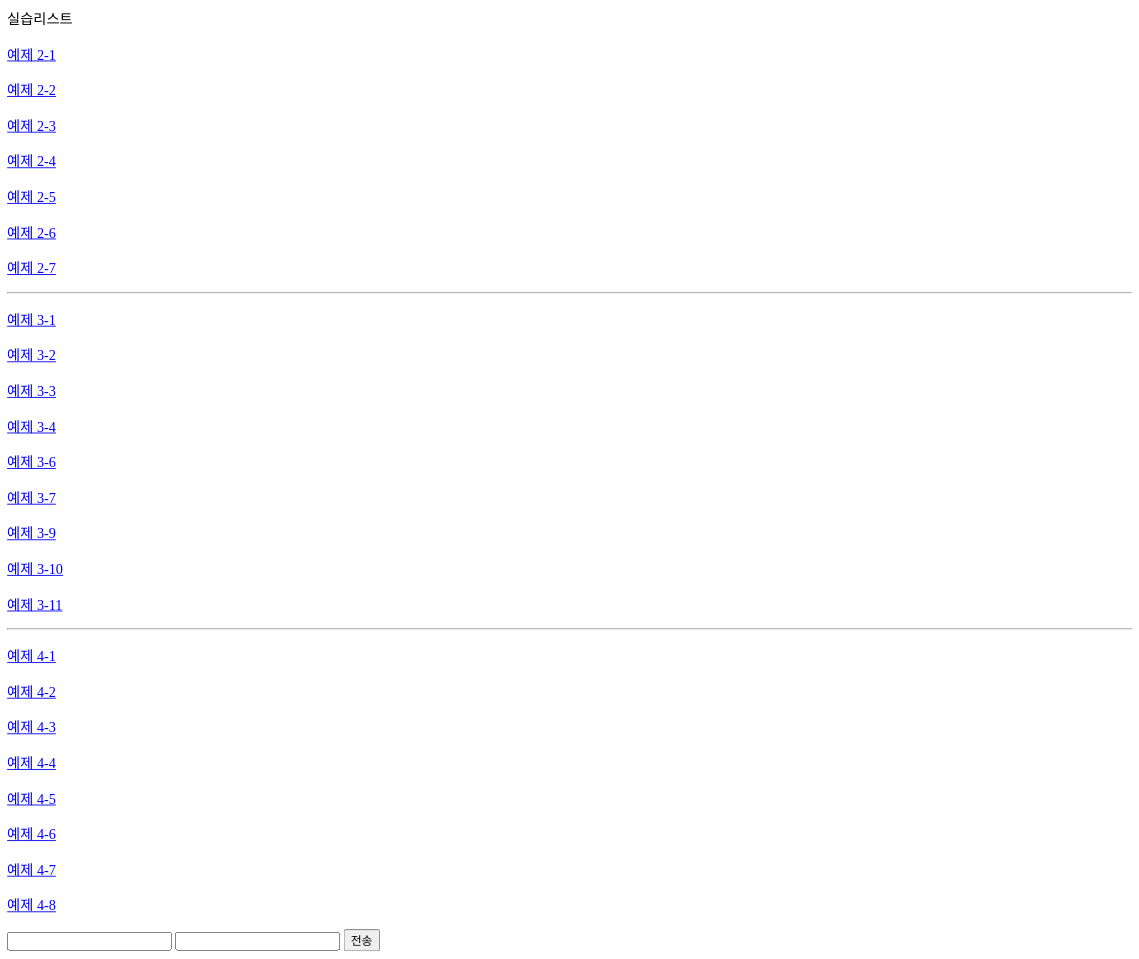
Repository: sanghyunlee7680/JSP-practice
Page: http://localhost/jspbook/
An editor plug-in stored every save of this project. The page is shown before and after the next save, followed by the edit.
The browser window is 1280 px wide. The pictures show the whole page, at 89% of full size.
The page is served by Tomcat 10.

Above is the page before, as saved 2024-10-10 06:21:30.

After the next save:
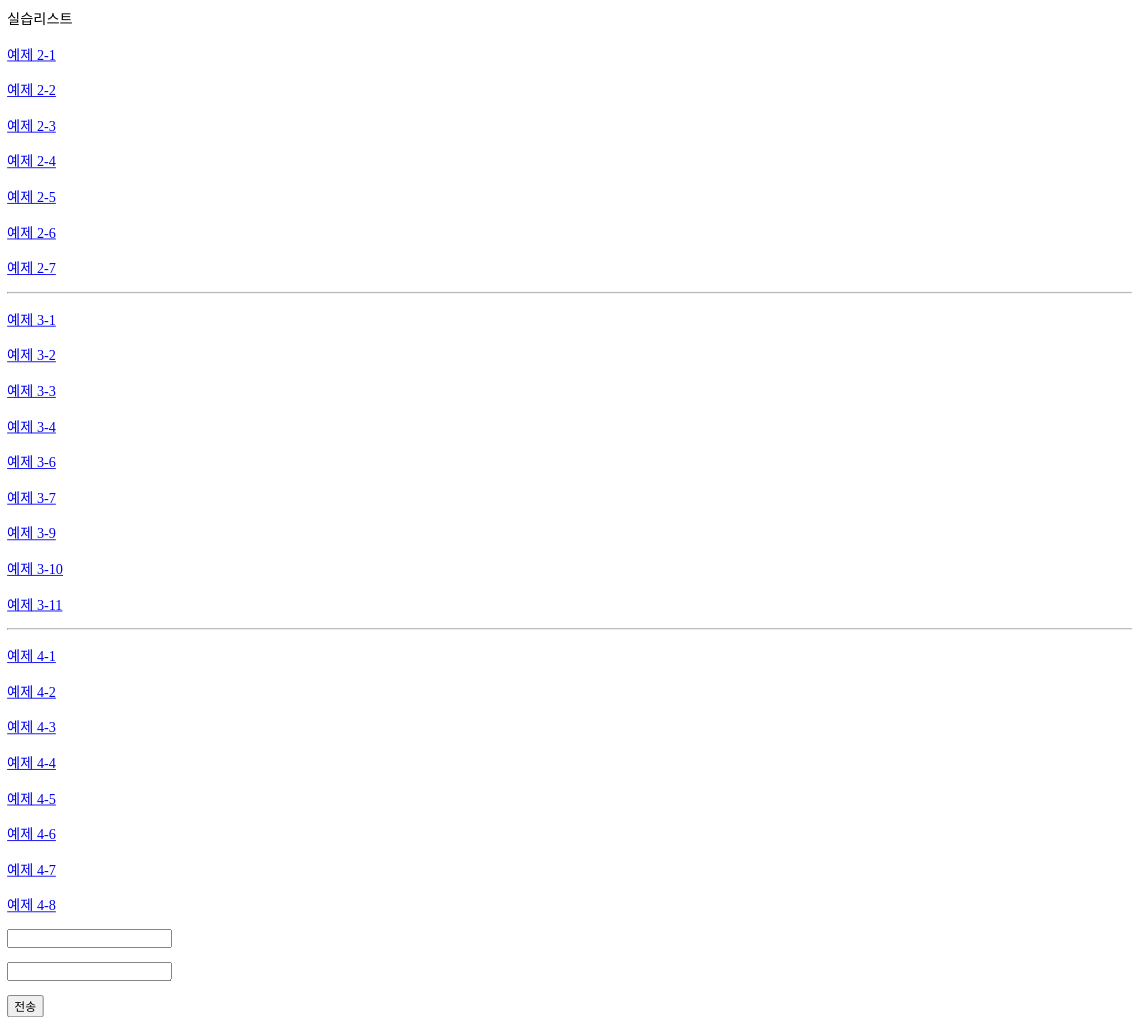
Saved 69 s later.
--- a/jspbook/src/main/webapp/index.jsp
+++ b/jspbook/src/main/webapp/index.jsp
@@ -84,9 +84,9 @@
 	</p>
 
 	<form action="4_0" method="get">
-		<input type="text" name="id"/>
-		<input type="text" name="name"/>
-		<input type="submit" value="전송"/>
+		<p><input type="text" name="id"/>
+		<p><input type="text" name="name"/>
+		<p><input type="submit" value="전송"/>
 	</form>
 
 </body>
